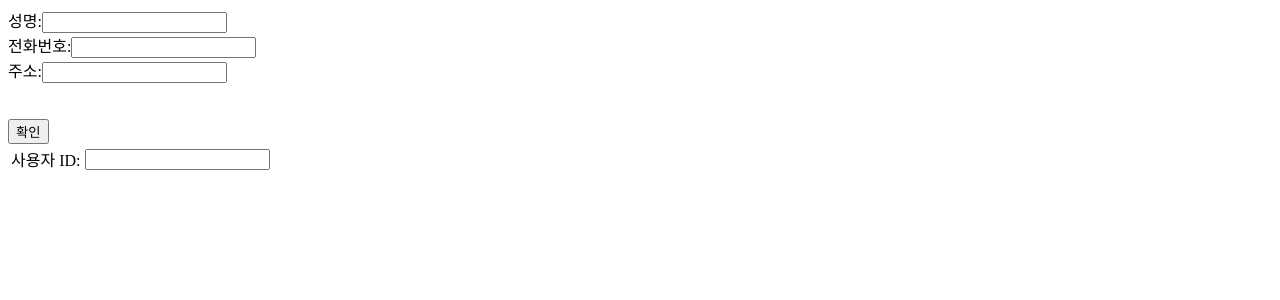
Repository: chanhooop/JSP
Page: http://localhost/CRUD/purchaserInsert_01.jsp
These files come from the project's save history. The page is drawn as it stood at one moment and after the next save; the edit follows.
The browser window is 1280 px wide. The pictures show the whole page.
The page is served by Tomcat 9.

Above is the page before, as saved 2021-05-11 04:43:15.
Console error: SyntaxError: Unexpected end of input

After the next save:
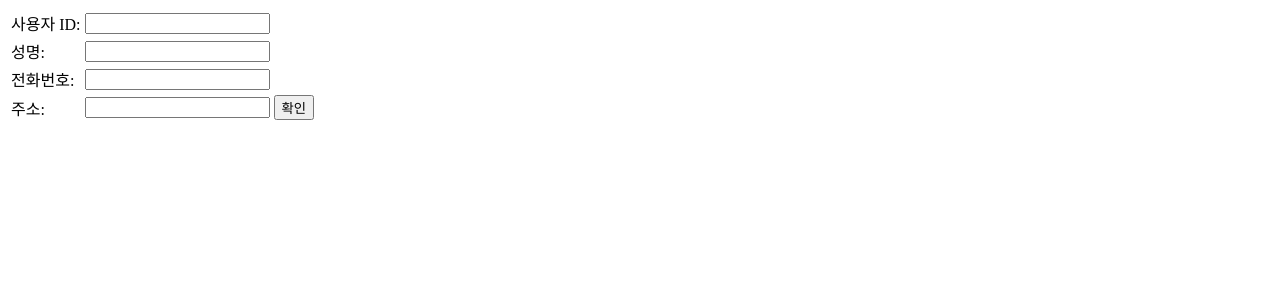
Saved 5 min 55 s later.
--- a/CRUD/src/main/webapp/purchaserInsert_01.jsp
+++ b/CRUD/src/main/webapp/purchaserInsert_01.jsp
@@ -45,22 +45,28 @@
 <body>
 
 
-<table>
-	<form name="loginForm" action="purchaserInsert_02.jsp">
+<form name="loginForm" action="purchaserInsert_02.jsp">
+	<table>
 		<tr>
 			<td>사용자 ID:</td>
 			<td><input type="text" name="userid"></td>
 		</tr>
-		성명:<input type="text" name="name"><br>
-		전화번호:<input type="text" name="tel"><br>
-		주소:<input type="text" name="address"><br>
+		<tr>
+			<td>성명:</td>
+			<td><input type="text" name="name"></td>
+		</tr>
+		<tr>
+			<td>전화번호:</td>
+			<td><input type="text" name="tel"></td>
+		</tr>
+			<td>주소:</td>
+			<td><input type="text" name="address"></td>
 
-		<br><br>
 
-		<input type="button" value="확인" onclick="checkLogin()">
+		<td colspan="2"><input type="button" value="확인" onclick="checkLogin()"></td>
 
-	</form>
-</table>
+	</table>
+</form>
 
 </body>
 </html>
